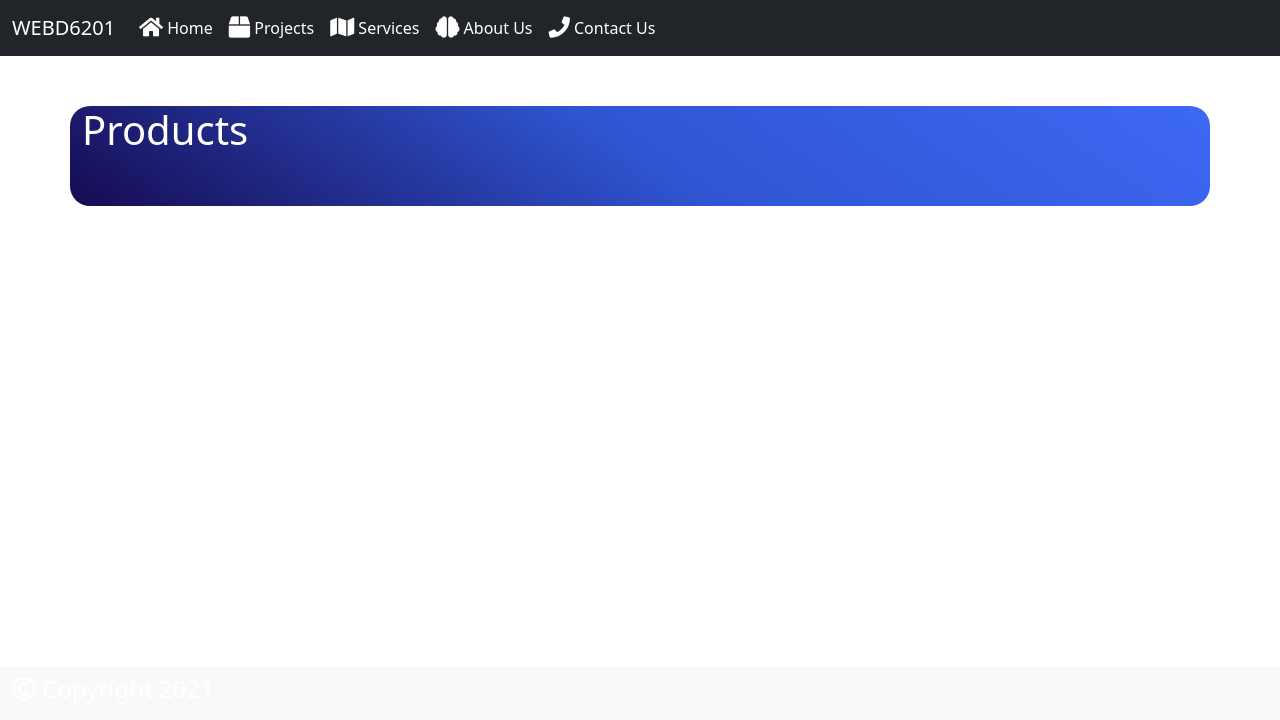
Repository: AshokSasi/WEBD6201-ASasi-JYuan-Lab2
Page: projects.html
The author's editor kept a copy of each file at every save. The page is drawn from the files as they stood at one save, then again after the next save.
The browser window is 1280 px wide. The pictures show the whole page.

Above is the page before, as saved 2021-01-28 20:32:22.

After the next save:
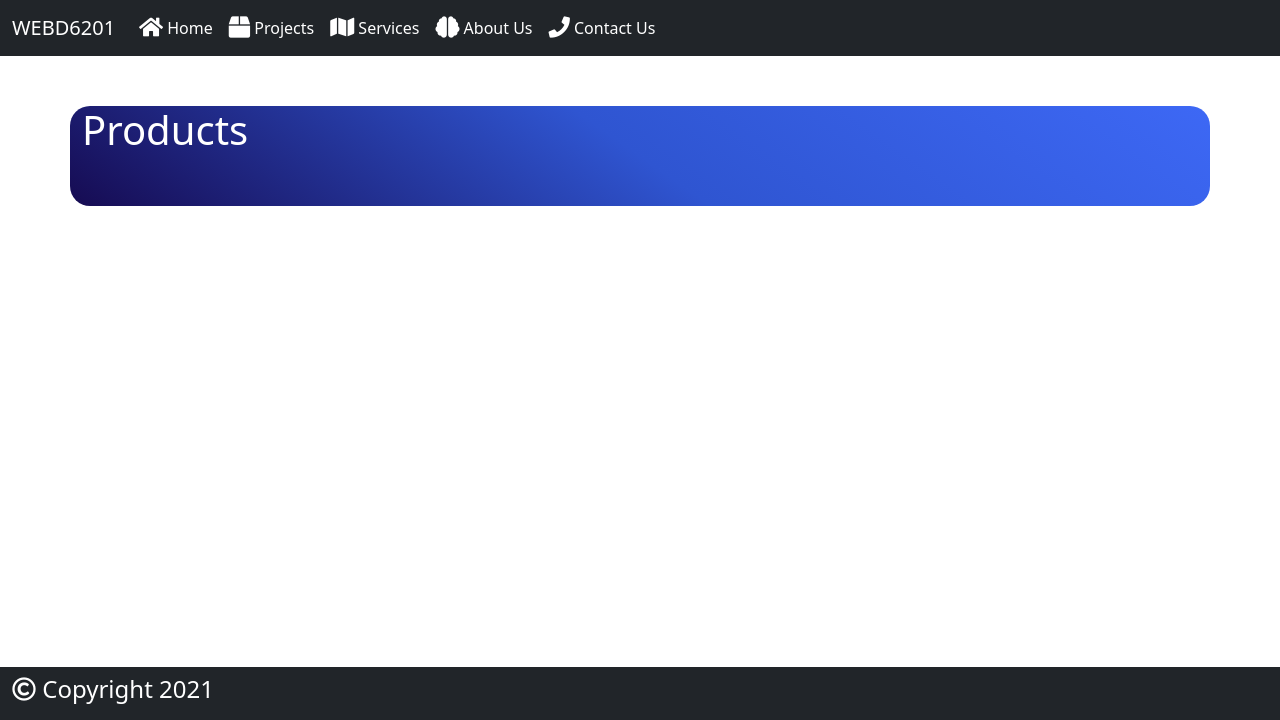
Saved 22 s later.
--- a/projects.html
+++ b/projects.html
@@ -51,14 +51,14 @@
     </main>
 
     <!--Main Footer Nav -->
-    <footer>
-        <nav class="navbar fixed-bottom navbar-light bg-light">
-            <div class="container-fluid">
-              <h4><i class="far fa-copyright"></i> Copyright 2021</h4>
-            </div>
-          </nav>
-    </footer>
-
+  <!--Main Footer Nav -->
+  <footer>
+    <nav class="navbar fixed-bottom navbar-dark bg-dark">
+        <div class="container-fluid">
+          <h4 class="footerContent"><i class="far fa-copyright"></i> Copyright 2021</h4>
+        </div>
+      </nav>
+</footer>
     <!--Javascript section-->
     <script src="./Scripts/app.js"></script>
     <script src="./node_modules/jquery/dist/jquery.min.js"></script>
